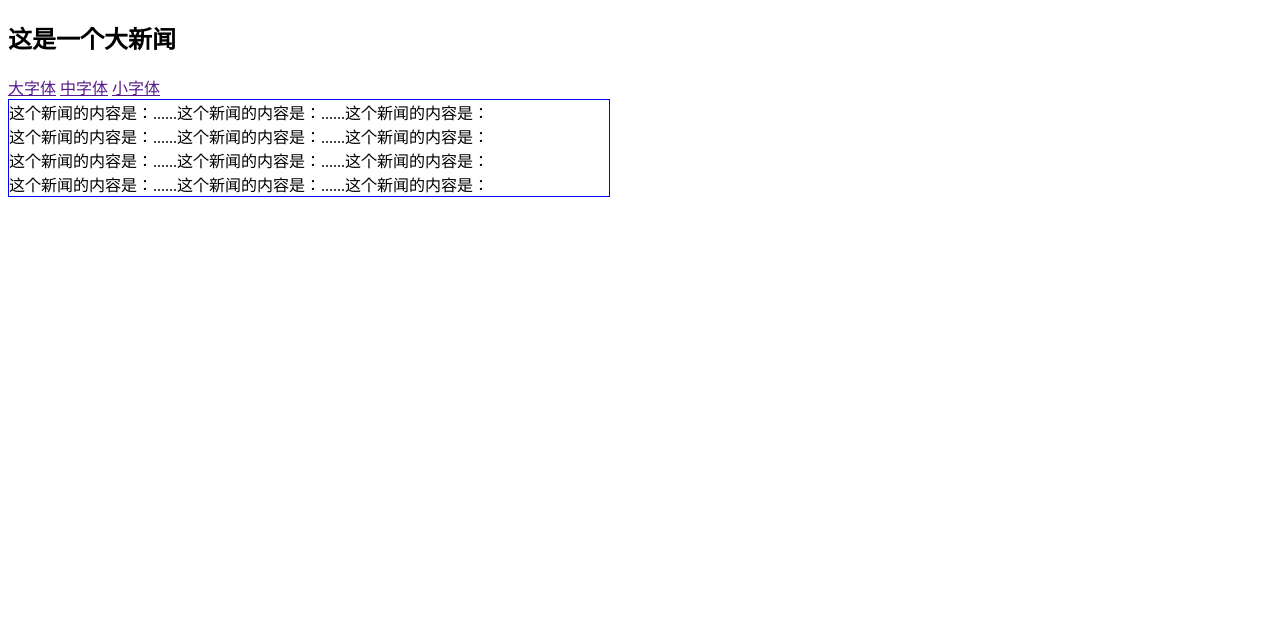
Repository: tangchengjingwen/javaLearningCode
Page: javaLearningCode/day31_html/demo_news.html
The author's editor kept a copy of each file at every save. The page is drawn from the files as they stood at one save, then again after the next save.
The browser window is 1280 px wide. The pictures show the whole page.

Above is the page before, as saved 2012-05-15 07:01:51.

After the next save:
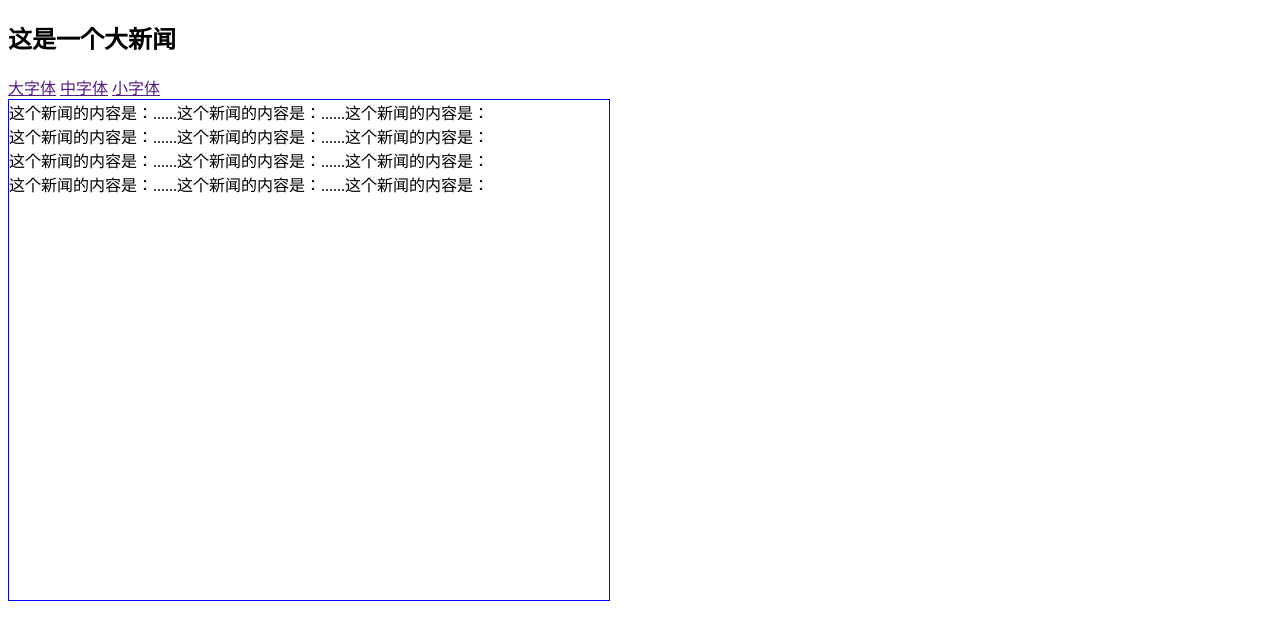
Saved 12 s later.
--- a/javaLearningCode/day31_html/demo_news.html
+++ b/javaLearningCode/day31_html/demo_news.html
@@ -5,7 +5,7 @@
 		<title>Untitled Document</title>
 		<style type="text/css">
 
-			#newstext{border:#0000ff 1px solid;width:600px;}
+			#newstext{border:#0000ff 1px solid;width:600px;height:500px}
 		</style>
 	</head>
 	<body>
